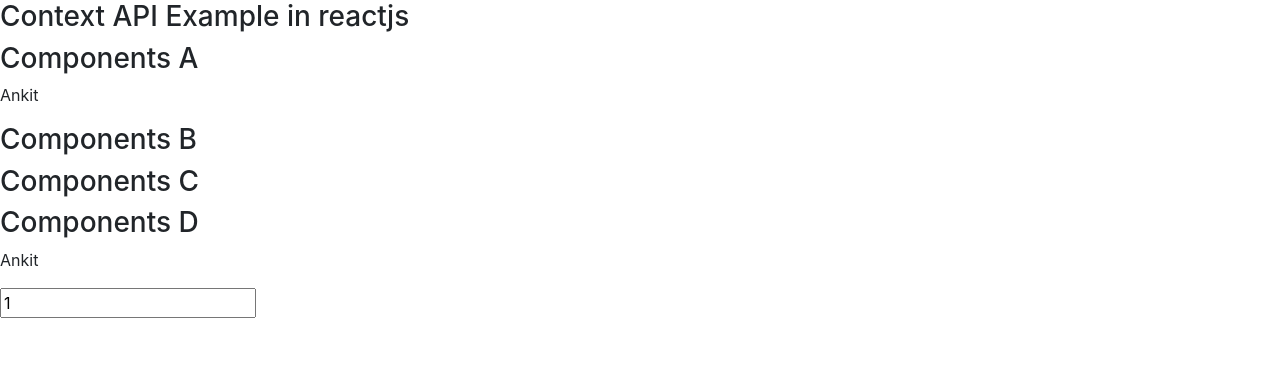
Repository: lalji-yadav/React-Context-API
Page: /a
The author's editor kept a copy of each file at every save. The page is drawn from the files as they stood at one save, then again after a run of saves.
The browser window is 1280 px wide. The pictures show the whole page.
The page's requests for data from a server got no answer. The project was rebuilt for these pictures with package versions that can differ from the ones it lists, and the page was loaded fresh each time. No one was signed in, and anything a server would have sent is missing. Also part of the build but not shown: src/App.css.

Above is the page before, as saved 2021-02-12 11:47:36.

After the next 2 saves:
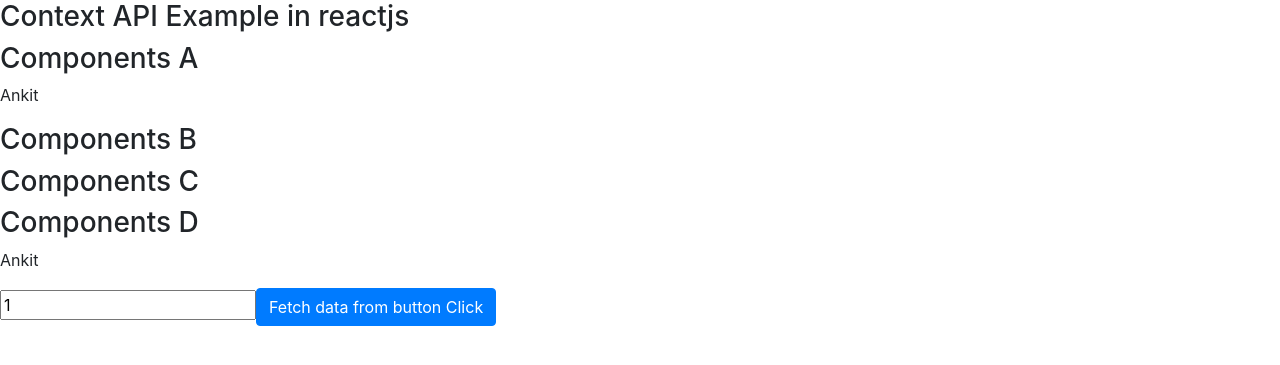
The 2 saves are shown as one change because 1 did not build or start.
The last was saved 7 min 30 s later.
--- a/src/components/C.js
+++ b/src/components/C.js
@@ -1,4 +1,5 @@
 import axios from 'axios';
+import { Button } from 'react-bootstrap';
 import React, { useEffect, useState } from 'react';
 import D from "./D";
 
@@ -23,6 +24,8 @@ const C = () => {
 
              <input type="text" placeholder="find by Id" value={id} onChange={e=>setId(e.target.value)} />
 
+             <Button> Fetch data from button Click </Button>
+
              <h3>{data.name}</h3>
              {/* {
                  data.map(item=> (<li key={item.id} >{item.name}</li>))
